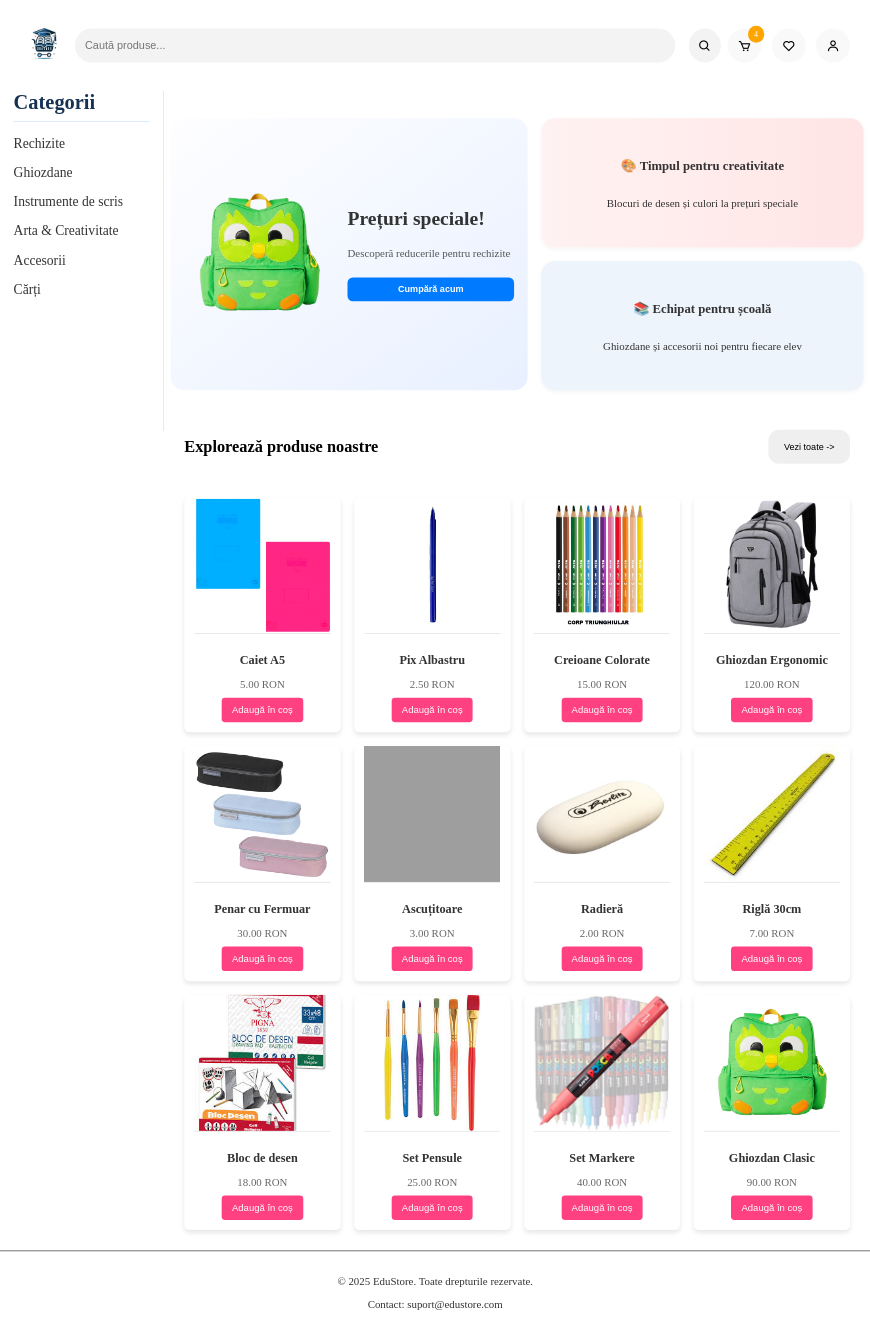
Repository: Roxana5504/WebDev-Project
Page: frontend/index.html
These files come from the project's save history. The page is drawn as it stood at one moment and after the next save; the edit follows.
The browser window is 1280 px wide. The pictures show the whole page, at 68% of full size.
Pictures or frames that could not be fetched are drawn as grey boxes.

Above is the page before, as saved 2025-04-23 16:57:13.

After the next save:
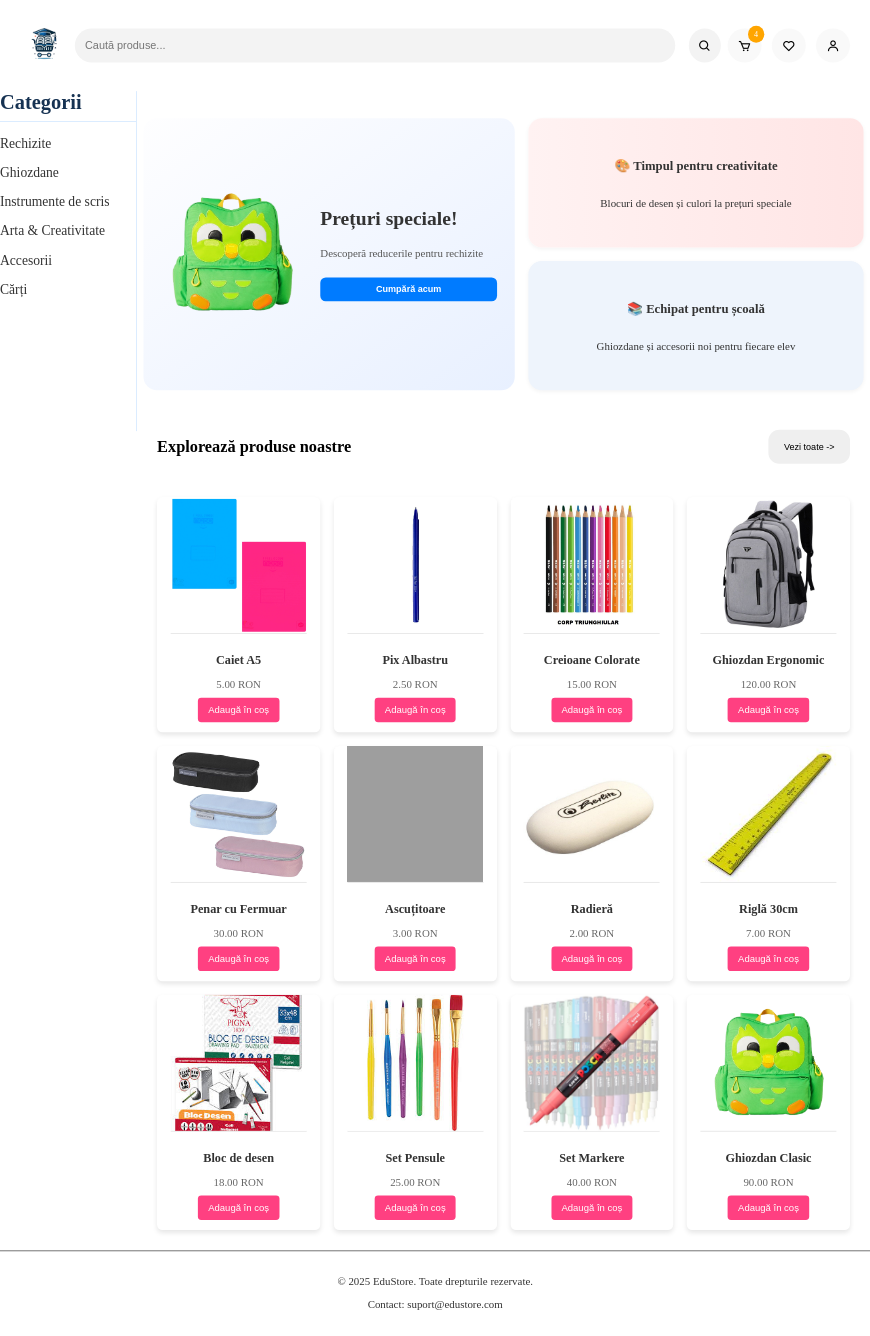
Saved 49 s later.
--- a/frontend/styles.css
+++ b/frontend/styles.css
@@ -191,7 +191,7 @@ body {
   max-height: 500px;
   position: relative;
   width: 200px;
-  padding: 0px 20px;
+  padding-left: 0px 20px;
   border-right: 1px solid rgb(203, 227, 255);
 }
 
